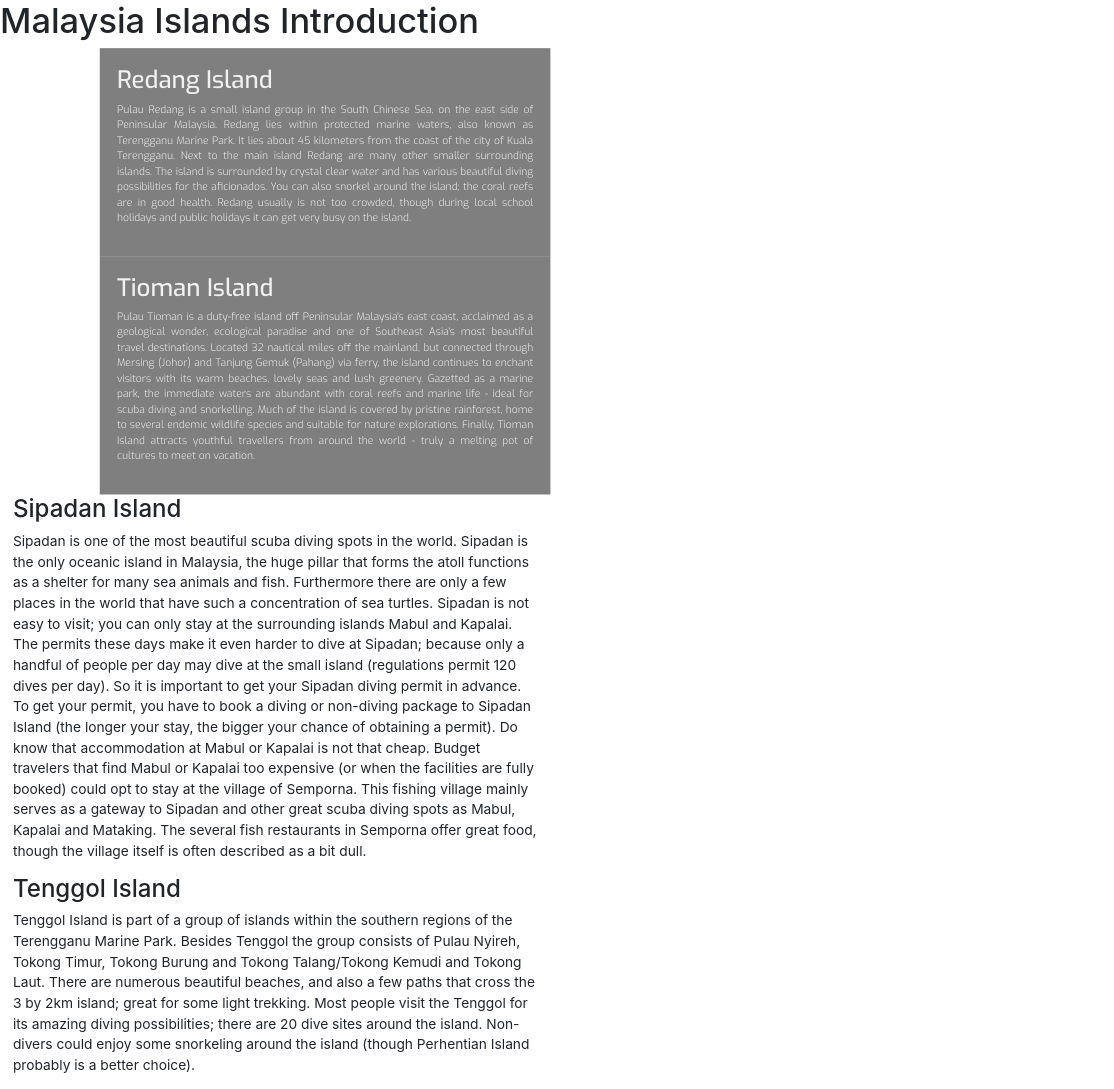
Repository: Code-Institute-Submissions/cathyann-diving.github.io
Page: islandsintro.html
The author's editor kept a record of every edit. The page is drawn from the files as they stood at one moment, then again after the next edit.
The browser window is 1280 px wide. The page is 1295 px wide, so the pictures cover 1295 px, including what lies to the right of the window. The pictures show the whole page, at 86% of full size.

Above is the page before.

### islandsintro.html
<!DOCTYPE html>
<html lang="en">

<head>
    <meta charset="UTF-8">
    <meta name="viewport" content="width=device-width, initial-scale=1.0">
    <meta http-equiv="X-UA-Compatible" content="ie=edge">
    <link rel="stylesheet" href="https://stackpath.bootstrapcdn.com/bootstrap/4.3.1/css/bootstrap.min.css" type="text/css">
    <link rel="stylesheet" href="https://stackpath.bootstrapcdn.com/font-awesome/4.7.0/css/font-awesome.min.css" type="text/css">
    <link rel="stylesheet" href="https://cdnjs.cloudflare.com/ajax/libs/hover.css/2.3.1/css/hover-min.css" type="text/css">
    <link rel="stylesheet" href="assets/css/style.css" type="text/css">
    <title>Diving</title>
</head>

<body>
    <h1>Malaysia Islands Introduction</h1>
    <div class="row">
        <div class="containers">
            <div class="contents col-12 col-sm-6 col-lg-6">
                <h3>Redang Island</h3>
                <p>
                    Pulau Redang is a small island group in the South Chinese Sea, on the east side of Peninsular Malaysia. Redang lies within protected marine waters, also known as Terengganu Marine Park. It lies about 45 kilometers from the coast of the city of Kuala Terengganu.
                    Next to the main island Redang are many other smaller surrounding islands. The island is surrounded by crystal clear water and has various beautiful diving possibilities for the aficionados. You can also snorkel around the island;
                    the coral reefs are in good health. Redang usually is not too crowded, though during local school holidays and public holidays it can get very busy on the island.
                </p>
            </div>
        </div>
        <div class="containers">
            <div class="contents col-12 col-sm-6 col-lg-6">
                <h3>Tioman Island</h3>
                <p>
                    Pulau Tioman is a duty-free island off Peninsular Malaysia's east coast, acclaimed as a geological wonder, ecological paradise and one of Southeast Asia's most beautiful travel destinations. Located 32 nautical miles off the mainland, but connected through
                    Mersing (Johor) and Tanjung Gemuk (Pahang) via ferry, the island continues to enchant visitors with its warm beaches, lovely seas and lush greenery. Gazetted as a marine park, the immediate waters are abundant with coral reefs and
                    marine life - ideal for scuba diving and snorkelling. Much of the island is covered by pristine rainforest, home to several endemic wildlife species and suitable for nature explorations. Finally, Tioman Island attracts youthful travellers
                    from around the world - truly a melting pot of cultures to meet on vacation.
                </p>
            </div>
        </div>
        <div class="container">
            <div class="contents col-12 col-sm-6 col-lg-6">
                <h3>Sipadan Island</h3>
                <p>
                    Sipadan is one of the most beautiful scuba diving spots in the world. Sipadan is the only oceanic island in Malaysia, the huge pillar that forms the atoll functions as a shelter for many sea animals and fish. Furthermore there are only a few places in
                    the world that have such a concentration of sea turtles. Sipadan is not easy to visit; you can only stay at the surrounding islands Mabul and Kapalai. The permits these days make it even harder to dive at Sipadan; because only a handful
                    of people per day may dive at the small island (regulations permit 120 dives per day). So it is important to get your Sipadan diving permit in advance. To get your permit, you have to book a diving or non-diving package to Sipadan
                    Island (the longer your stay, the bigger your chance of obtaining a permit). Do know that accommodation at Mabul or Kapalai is not that cheap. Budget travelers that find Mabul or Kapalai too expensive (or when the facilities are fully
                    booked) could opt to stay at the village of Semporna. This fishing village mainly serves as a gateway to Sipadan and other great scuba diving spots as Mabul, Kapalai and Mataking. The several fish restaurants in Semporna offer great
                    food, though the village itself is often described as a bit dull.
                </p>
            </div>
        </div>
        <div class="container">
            <div class="contents col-12 col-sm-6 col-lg-6">
                <h3>Tenggol Island</h3>
                <p>
                    Tenggol Island is part of a group of islands within the southern regions of the Terengganu Marine Park. Besides Tenggol the group consists of Pulau Nyireh, Tokong Timur, Tokong Burung and Tokong Talang/Tokong Kemudi and Tokong Laut. There are numerous
                    beautiful beaches, and also a few paths that cross the 3 by 2km island; great for some light trekking. Most people visit the Tenggol for its amazing diving possibilities; there are 20 dive sites around the island. Non-divers could
                    enjoy some snorkeling around the island (though Perhentian Island probably is a better choice).
                </p>
            </div>
        </div>
    </div>

</body>

</html>

### assets/css/style.css
@import url('https://fonts.googleapis.com/css?family=Roboto:100,200,300,400,500,600,700|Exo:100,200,300,400,500,600,700');

/*--------------------------------------------bg image */

.bg-landing {
    position: fixed;
    background-image: url("../images/jellyfish.jpg");
    display: inline-block;
    background-position: center;
    background-repeat: no-repeat;
    background-size: cover;
    height: 100%;
    width: 100%;
    transition: all .5s ease-in-out;
    -moz-transition: all .5s ease-in-out;
    -webkit-transition: all .5s ease-in-out;
}

.bg-home {
    position: fixed;
    background-image: url("../images/diver.jpg");
    display: inline-block;
    background-position: center;
    background-repeat: no-repeat;
    background-size: cover;
    height: 100%;
    width: 100%;
    transition: all .5s ease-in-out;
    -moz-transition: all .5s ease-in-out;
    -webkit-transition: all .5s ease-in-out;
}

.bg-islands {
    position: fixed;
    background-image: url("../images/beach.jpg");
    display: inline-block;
    background-position: center;
    background-repeat: no-repeat;
    background-size: cover;
    height: 100%;
    width: 100%;
    transition: all .5s ease-in-out;
    -moz-transition: all .5s ease-in-out;
    -webkit-transition: all .5s ease-in-out;
}

.bg-services {
    position: fixed;
    background-image: url("../images/nemo.jpg");
    display: inline-block;
    background-position: center;
    background-repeat: no-repeat;
    background-size: cover;
    height: 100%;
    width: 100%;
    transition: all .5s ease-in-out;
    -moz-transition: all .5s ease-in-out;
    -webkit-transition: all .5s ease-in-out;
}

/*--------------------------------------------btn */

.btn {
    position: absolute;
    top: 50%;
    left: 50%;
    transform: translate(-50%, -50%);
    -ms-transform: translate(-50%, -50%);
    background-color: #6495ed;
    color: #00008B;
    font-size: 16px;
    font-family: "Roboto", sans-serif;
    font-weight: 400;
    padding: 10px 30px;
    border: none;
    border-radius: 5px;
    text-align: center;
}

.btn span {
    display: inline-block;
    position: relative;
    transition: 0.5s;
}

.btn span:after {
    content: '\00bb';
    position: absolute;
    opacity: 0;
    top: 0;
    right: -20px;
    transition: 0.5s;
}

.btn:hover span {
    padding-right: 25px;
}

.btn:hover span:after {
    opacity: 1;
    right: 0;
}

.button {
    margin-top: 5px;
    margin-bottom: 10px;
    color: #008B8B;
    background-color: #00008B;
    padding: 5px 10px;
    border: none;
    font-family: "EXO", sans-serif;
}

.button a {
    text-decoration: none;
}

/*--------------------------------------------navbar */

.navbar {
    background-color: #4682B4;
    top: 0;
    width: 100%;
    padding: 0px;
}

.navbar a {
    display: block;
    color: #fff;
    text-align: center;
    padding: 10px 18px;
    text-decoration: none;
    font-size: 12px;
}

#nav li {
    font-size: 12px;
    padding: 0;
}

#nav {
    margin: 0;
}

.menuitem span {
    display: block;
    width: 100%;
    padding-top: 5px;
    text-align: center;
    text-transform: uppercase;
    font-family: "Roboto", sans-serif;
    font-size: 12px;
    font-weight: 300;
    letter-spacing: 2px;
}

.list-inline-item:not(:last-child) {
    margin: 0;
}

.menucontainer {
    font-size: 0;
}

/*--------------------------------------------Hover.css*/

.hvr-sweep-to-bottom:before {
    background: #008B8B;
    height: 100%;
    color: black;
}


/*--------------------------------------------Content */

.container {
    position: relative;
    max-width: 100%;
    margin: auto;
    height: 50%;
}

.container img {
    vertical-align: middle;
}

.container .content {
    position: absolute;
    background: rgb(0, 0, 0, 0.5);
    color: #f1f1f1;
    font-family: "EXO", sans-serif;
    font-size: 12px;
    font-weight: 300;
    padding: 30px;
}

.containers {
    position: relative;
    margin: auto;
    max-width: 80%;
}

.containers .contents {
    background: rgb(0, 0, 0, 0.5);
    color: #f1f1f1;
    font-family: "EXO", sans-serif;
    font-size: 12px;
    font-weight: 300;
    padding: 20px;
    text-align: justify;
}


/*--------------------------------------------Contact Form */

.contact-heading {
    font-family: "Exo", sans-serif;
    font-weight: 300;
    margin-top: 25px;
    margin-bottom: 20px;
}

.center-form {
    padding: 10px;
    margin: 0 auto;
    max-width: 70%;
}

button[type="submit"] {
    margin-top: 30px;
    margin-bottom: 20px;
    color: #fafafa;
    background-color: #4682B4;
}

.form-control {
    border: 1px solid black;
    font-family: inherit;
}

After the next edit:
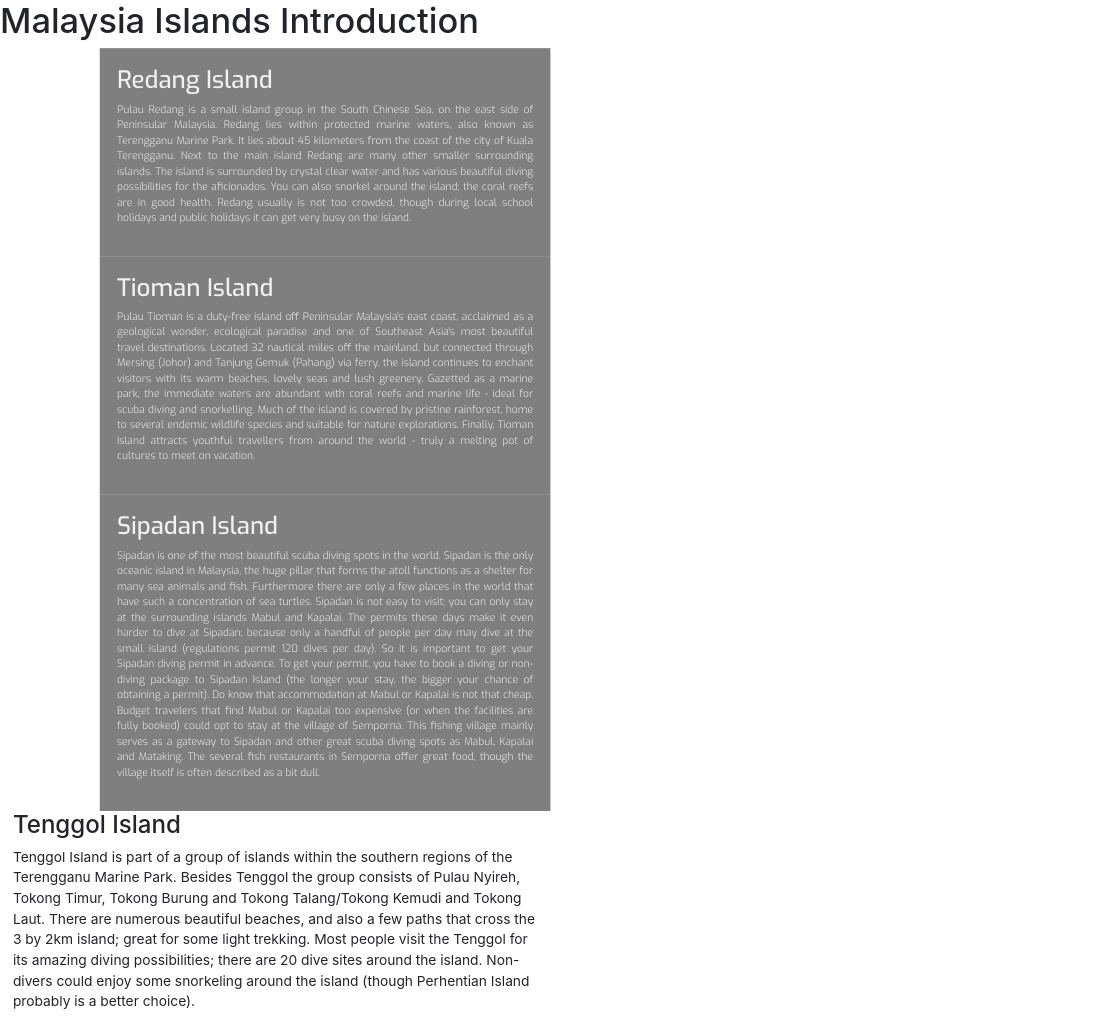
The edit:
--- a/islandsintro.html
+++ b/islandsintro.html
@@ -36,7 +36,7 @@
                 </p>
             </div>
         </div>
-        <div class="container">
+        <div class="containers">
             <div class="contents col-12 col-sm-6 col-lg-6">
                 <h3>Sipadan Island</h3>
                 <p>
